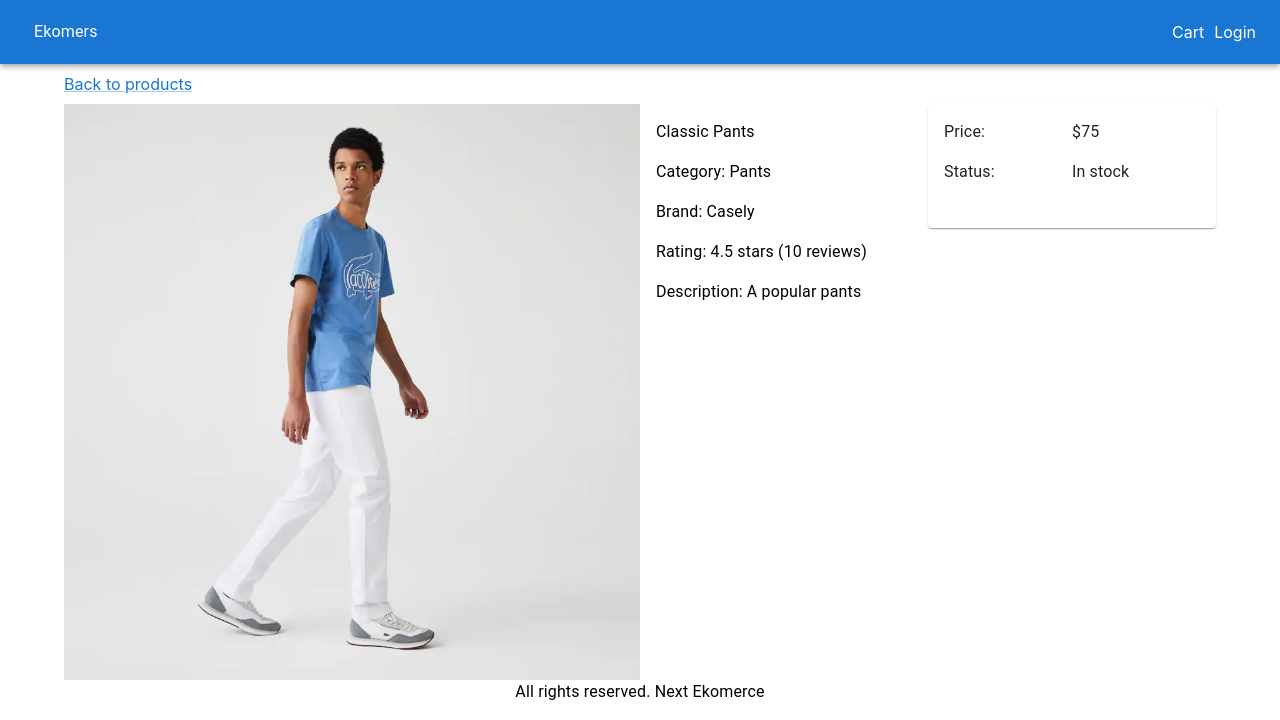
Repository: ChakmaSajib/ekomerce
Page: /product/classic-pants
An editor plug-in stored every save of this project. The page is shown before and after the next save, followed by the edit.
The browser window is 1280 px wide. The pictures show the whole page.
The project was rebuilt for these pictures with package versions that can differ from the ones it lists, and the page was loaded fresh each time. The framework's server and built-in components were replaced by stand-ins that run in the browser. Also part of the build but not shown: next.config.js.

Above is the page before, as saved 2022-01-02 13:10:02.

After the next save:
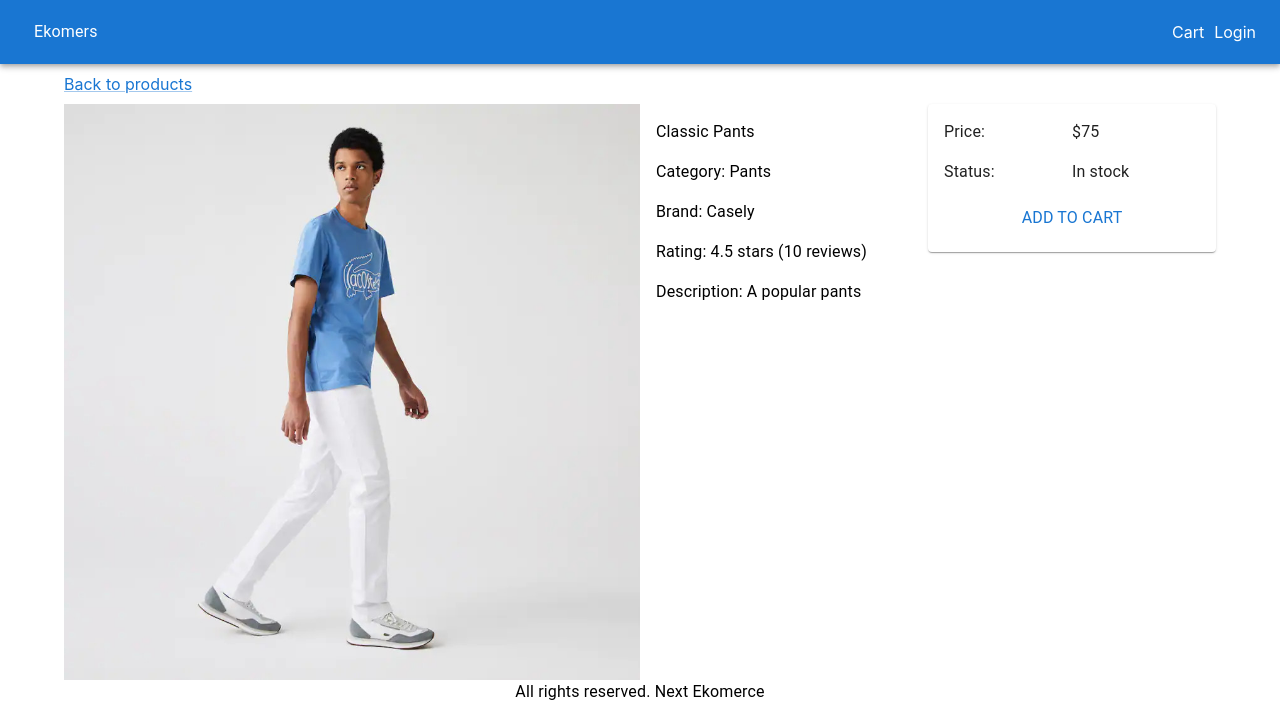
Saved 11 s later.
--- a/pages/product/[slug].js
+++ b/pages/product/[slug].js
@@ -95,7 +95,9 @@
 
                             {/** Add to cart button */}
                             <ListItem>
-                                <Button fullWidth color="primary"></Button>
+                                <Button fullWidth color="primary">
+                                    <Typography>Add to cart</Typography>
+                                </Button>
                             </ListItem>
 
                         </List>
